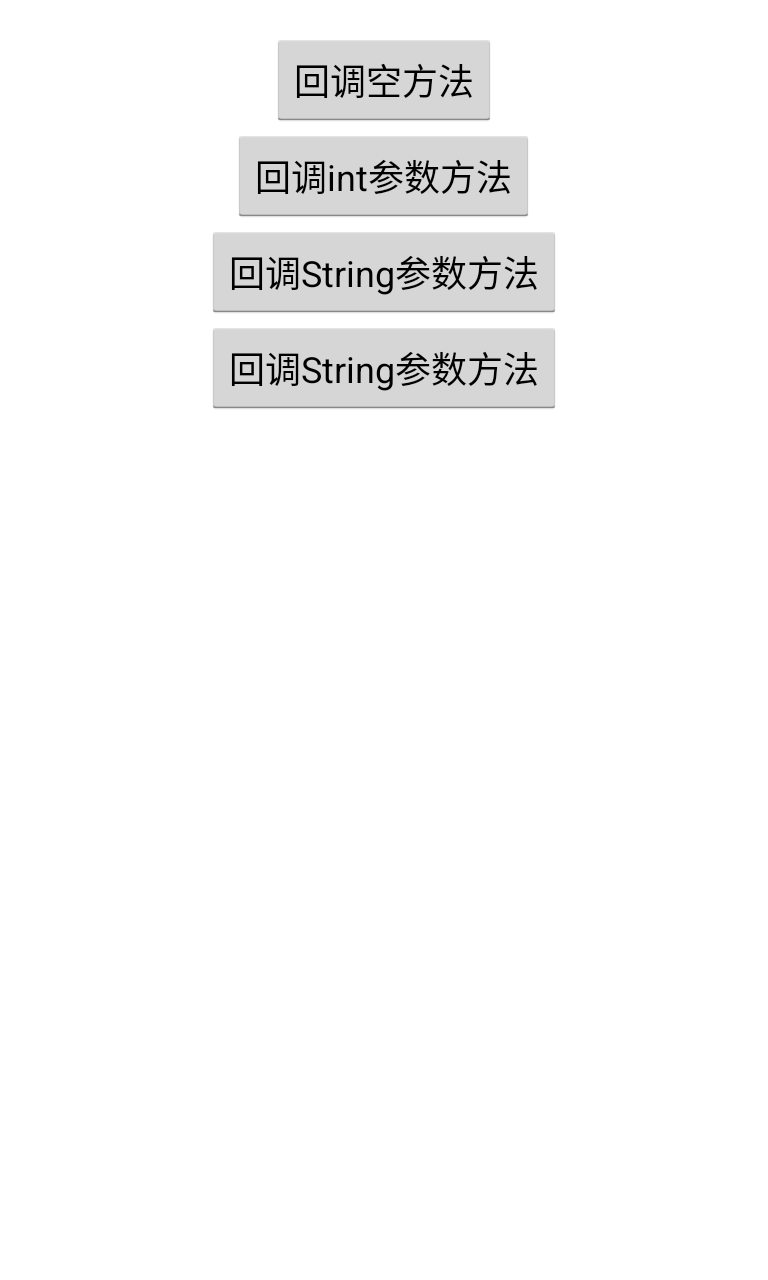
Repository: xfhy/Usually-learn-Android
Layout: JNI/4_C回调java方法/res/layout/activity_main.xml
An editor plug-in stored every save of this project. The layout is shown before and after the next save, followed by the edit.
It is drawn on a 768 x 1280 px phone screen (xhdpi) without system bars, with theme AppTheme; the app's code is not run.

Above is the layout before, as saved 2017-04-09 02:21:06.

After the next save:
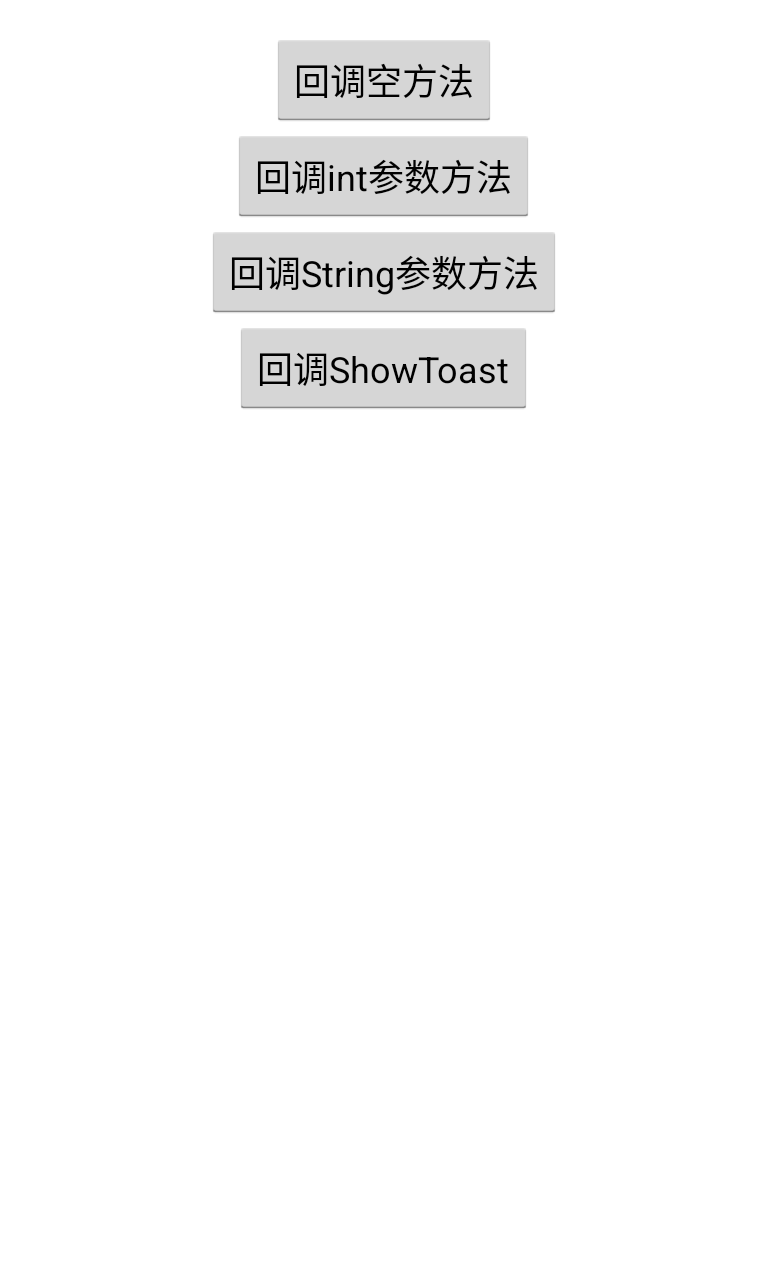
Saved 7 s later.
--- a/JNI/4_C回调java方法/res/layout/activity_main.xml
+++ b/JNI/4_C回调java方法/res/layout/activity_main.xml
@@ -29,6 +29,6 @@
         android:id="@+id/bt_callbackshowtoast"
         android:layout_width="wrap_content"
         android:layout_height="wrap_content"
-        android:text="回调String参数方法" />
+        android:text="回调ShowToast" />
 
 </LinearLayout>
